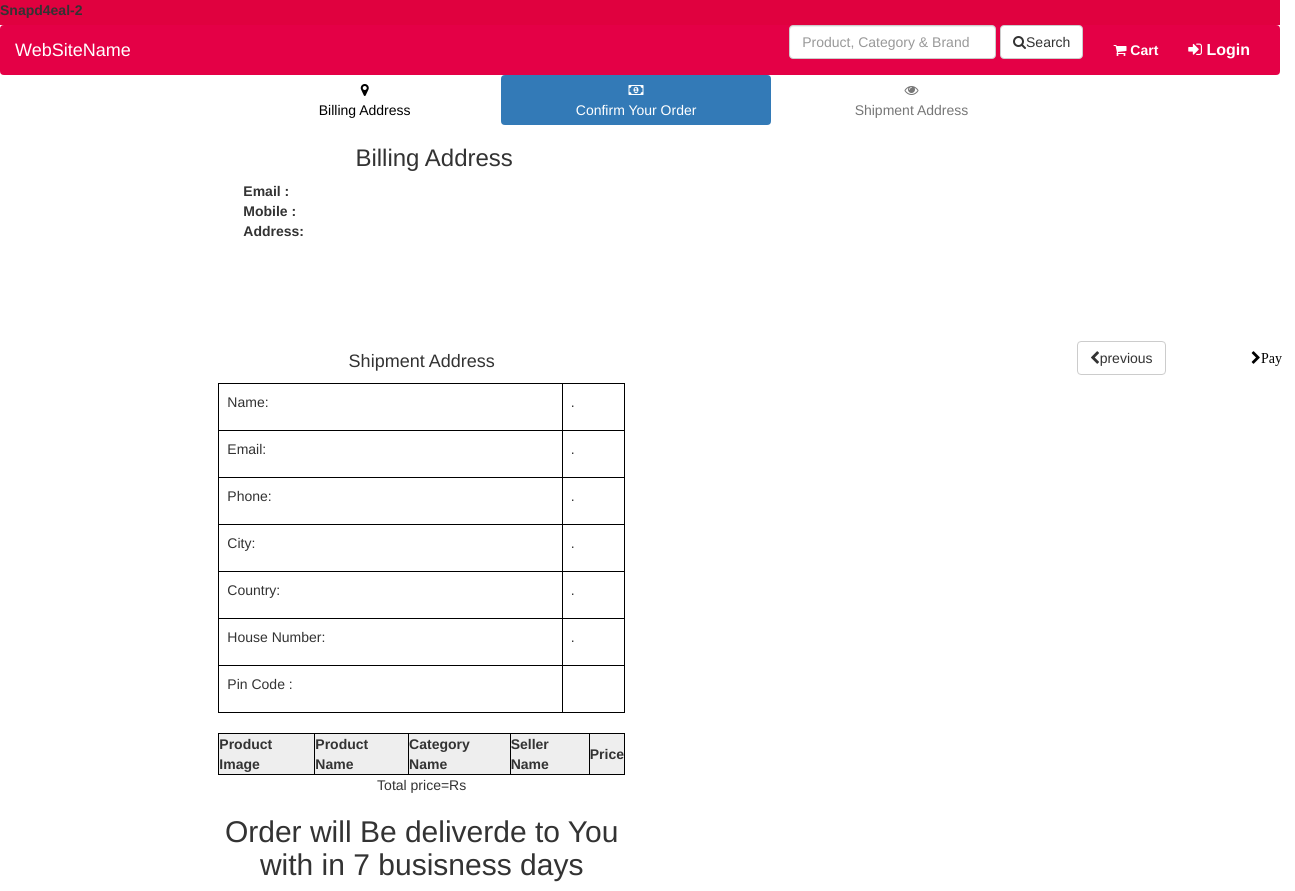
Repository: Aryans26/project
Page: http://localhost/frontend/WEB-INF/views/orderconfirm.jsp
These files come from the project's save history. The page is drawn as it stood at one moment and after the next save; the edit follows.
The browser window is 1280 px wide. The page is 1295 px wide, so the pictures cover 1295 px, including what lies to the right of the window. The pictures show the whole page.
Some web libraries are served in a nearby version. The page is served by Tomcat 9. Nobody is signed in. Other server files are loaded and not shown. The template is opened directly, without the code that normally fills it, so the values that code supplies are empty.

Above is the page before, as saved 2017-06-21 09:53:29.

### frontend/src/main/webapp/WEB-INF/views/orderconfirm.jsp
<%@ taglib prefix="c" uri="http://www.springframework.org/tags"%>
<%@ taglib prefix="form" uri="http://www.springframework.org/tags/form"%>
<!doctype html>
<html>
<head>
<c:url value="/resource" var="res" />

<!-- <link rel="stylesheet" ref="https://maxcdn.bootstrapcdn.com/bootstrap/3.3.7/css/bootstrap.min.css"> -->
<script
	src="https://ajax.googleapis.com/ajax/libs/jquery/3.2.1/jquery.min.js"></script>
<script
	src="https://maxcdn.bootstrapcdn.com/bootstrap/3.3.7/js/bootstrap.min.js"></script>
<link rel="stylesheet" href="${res}/css/bootstrap.min.css" />
<link rel="stylesheet" href="${res}/css/style.css" />
<link rel="stylesheet" href="${res}/css/font-awesome/css/font-awesome.min.css" />

</head>
<body>
	<%@include file="navbar.jsp"%>

<div class="Container">
<div class="row col-md-10 col-lg-8 col-lg-offset-2">
       <form method="post" action="shop-checkout4.html">
                                <ul class="nav nav-pills nav-justified">
                                    <li ><a href="<c:url value="/previous"/>"><i class="fa fa-map-marker"></i><br>Billing Address</a></li>
                                    <li class="active"><a href="<c:url value="/pay"/>"><i class="fa fa-money"></i><br>Confirm Your Order</a></li>
                                    <li class="disabled"><a href="<c:url value="/orderconfirmation"/>"><i class="fa fa-eye"></i><br>Shipment Address</a></li>
                                </ul>
</form>
</div>
<div class="col-md-10 col-lg-8 col-lg-offset-2 container">
<div class="col-md-6 col-sm-6">
		<h3 class="text-center">Billing Address</h3>
<!-- 		<div class="row"> -->
<!-- 		<div class="col-md-6 col-sm-6 b-r"><b>Name :</b></div> -->
<%-- 		<div class="col-md-6 col-sm-6">${billing.getU_name()} </div> --%>
<!-- 		</div> -->
		<div class="row">
		<div class="col-md-6 col-sm-6 b-r"><b>Email :</b></div>
		<div class="col-md-6 col-sm-6">${billing.getEmail()}</div>
		</div>
		<div class="row"><div class="col-md-6 col-sm-3 b-r"><b>Mobile :</b></div><div class="col-md-6 col-sm-6">${billing.getPhone()}</div></div>
		<div class="row"><div class="col-md-6 col-sm-6 b-r"><b>Address:</b></div><div class="col-md-6 col-sm-6">${billing.getHouse_no()}<br>
		${billing.getStreet_name()}<br>${billing.getCity()}<br>${billing.getState()}<br>${billing.getCountry()}<br>
		${billing.getPincode()}<br>
		</div></div>

		</div>


                                                 </div>
</div>



            <div class="row">
            <div class="span15">

                <div class="col-lg-8 col-lg-offset-2">
<center>
                <div class="row">
                    <div class="col-md-1"></div>
                    <div class="col-md-10 clearfix" id="checkout">

<!--                         <div class="box"> -->

<!--                                 <div class="container"> -->
<!--                                    <div class="row"> -->

<!--                                             <div class="box payment-method"> -->

                                           </table>
                                        </div>
                                        <div class="col-sm-6">
<!--                                             <div class="box payment-method"> -->
											<center>
                                                <h4>Shipment Address</h4>
                                               <table class="table" style="border: 1px solid black; border-collapse: collapse;">
                                               <tr style="border: 1px solid black; border-collapse: collapse;"><td style="border: 1px solid black; border-collapse: collapse;">Name:</td> <td style="border: 1px solid black; border-collapse: collapse;"><p>${shippingAddress.getShip_name()}  .</p></td></tr>
                                                <tr style="border: 1px solid black; border-collapse: collapse;"><td style="border: 1px solid black; border-collapse: collapse;"><p>Email:</td><td style="border: 1px solid black; border-collapse: collapse;">${shippingAddress.getShip_email()} .</p></td></tr>
                                               <tr style="border: 1px solid black; border-collapse: collapse;"><td style="border: 1px solid black; border-collapse: collapse;"> <p>Phone:</td><td style="border: 1px solid black; border-collapse: collapse;">${shippingAddress.getShip_mono()} .</p></td></tr>
                                                <tr style="border: 1px solid black; border-collapse: collapse;"><td style="border: 1px solid black; border-collapse: collapse;"><p>City:</td><td style="border: 1px solid black; border-collapse: collapse;">${shippingAddress.getShip_city()} .</p></td></tr>
                                               <tr style="border: 1px solid black; border-collapse: collapse;"><td style="border: 1px solid black; border-collapse: collapse;"> <p>Country:</td><td style="border: 1px solid black; border-collapse: collapse;">${shippingAddress.getShip_country()} .</p></td></tr>
                                               <tr style="border: 1px solid black; border-collapse: collapse;"><td style="border: 1px solid black; border-collapse: collapse;"> <p>House Number:</td><td style="border: 1px solid black; border-collapse: collapse;">${shippingAddress.getShip_houseno()} .</p></td></tr>
                                                <tr style="border: 1px solid black; border-collapse: collapse;"><td style="border: 1px solid black; border-collapse: collapse;"><p>Pin Code :</td><td style="border: 1px solid black; border-collapse: collapse;">${shippingAddress.getShip_pincode()}</p></td></tr>


                                            </div>
                                        </div>
</center>

                                        </div>
                                    </div>

                                    <!-- /.row -->
									<div class="content">
									<div class="row">
									<div class="col-lg-8 col-lg-offset-2">
									<table style="border: 1px solid black" >
    <thead style="border: 1px solid black">
      <tr style="background-color: #eee">
      <th style="border: 1px solid black">Product Image</th>
        <th style="border: 1px solid black">Product Name</th>
<!--         <th>Description</th> -->
        <th style="border: 1px solid black">Category Name</th>
        <th style="border: 1px solid black">Seller Name</th>
        <th style="border: 1px solid black">Price</th>
      </tr>
    </thead>
    <tbody>

    <c1:if test="${prot!=null}">
      <tr>
        <td style="border: 1px solid black"><img src="<c:url value='/resource/images/${prot.getP_id()}.jpg'/>" width=150px height=200px></td>
        <td style="border: 1px solid black">${prot.getP_Name()}</td>
<%--         <td>${product.getDes()}</td> --%>
        <td style="border: 1px solid black">${prot.getCategory().getCat_name()}</td>
        <td style="border: 1px solid black">${prot.getSeller().getName()}</td>
        <td style="border: 1px solid black">${prot.getPrice()}</td>
      </tr>
      </c1:if>
    <c1:if test="${prot==null}">
     <c1:forEach items="${cartItems}" var="c1">
      <tr>
        <td style="border: 1px solid black"><img src=""></td>
        <td style="border: 1px solid black">${c1.getProduct().getP_Name()}</td>
<%--         <td>${c1.getproduct.getDes()}</td> --%>
        <td style="border: 1px solid black">${c1.getProduct().getCategory().getCat_name()}</td>
        <td style="border: 1px solid black">${c1.getProduct().getSeller().getName()}</td>
        <td style="border: 1px solid black">${c1.getProduct().getPrice()}</td>
      </tr>
      </c1:forEach>
      </c1:if>


  </tbody>
 </table>
     <p calss="pull-left">Total price=Rs${prot.getPrice()}</p>
			<h2> Order will Be deliverde to You with in 7 busisness days</h2>
			</div>
									</div>
									</div>
                                <div class="box-footer">
                                         <div class="pull-left">
                                        <a href="<c:url value="/previous"/>" class="btn btn-default"><i class="fa fa-chevron-left"></i>previous</a>
                                        </div>
                                         <div class="pull-right">
                                        <a href="<c:url value="/pay"/>"  class="btn btn-template-main"><i class="fa fa-chevron-right">Pay</i></a>
                                        </button>
                                        </div>
                                     </div>
                                </div>
                                <!-- /.content -->



    </div>





</body>

</html>

### frontend/src/main/webapp/WEB-INF/views/navbar.jsp
<%@ taglib prefix="c" uri="http://www.springframework.org/tags"%>
<%@ taglib prefix="form" uri="http://www.springframework.org/tags/form"%>
<%@ taglib prefix="security" uri="http://www.springframework.org/security/tags" %>
<%@ taglib prefix="c1" uri="http://java.sun.com/jsp/jstl/core"%>
<!DOCTYPE html >
<html>
<head>
<meta http-equiv="Content-Type" content="text/html; charset=ISO-8859-1">
<title>Insert title here</title>
</head>
<body>
	<div class="headder">
		<b>Snapd4eal-2</b>
	</div>

	<nav class="navbar navbar-default" style="color: white;">
		<div class="container-fluid">
			<div class="navbar-header">
				<button type="button" class="navbar-toggle" data-toggle="collapse" data-target="#myNavbar">
					<span class="icon-bar"></span> <span class="icon-bar"></span>
					<span class="icon-bar"></span>
				</button>
				<a class="navbar-brand" href="<c:url value="/"/>"
					style="color: white;">WebSiteName</a>
				<form class="navbar-form navbar-right visible-sm visible-xs">
					<div class="form-group">
						<input type="text" class="form-control"
							placeholder="Product, Category & Brand">
					</div>
					<button type="submit" class="btn btn-default">
						<i class="fa fa-search"></i>Search
					</button>

				</form>
			</div>
			<div class="collapse navbar-collapse" id="myNavbar">
			<c1:if test="${pageContext.request.userPrincipal.name!=null}">
			<security:authorize access="hasRole('ROLE_ADMIN')">
				<ul class="nav navbar-nav">
					<li style="color: white;"><a
						href="<c:url value="/category"/>">Add Category</a></li>
					<li style="color: white;"><a
						href="<c:url value="/addproduct"/>">Add Product</a></li>
					<li style="color: white;"><a
						href="<c:url value="/supplier"/>">Add Supplier</a></li>
<!-- 					<li style="color: white;"><a -->
<%-- 						href="<c:url value="/addcard"/>">Add Card</a></li> --%>

				</ul>
				</security:authorize>
				</c1:if>
				<ul class="nav navbar-nav navbar-right">
					<li><a href="<c:url value="/viewcart"/>"><i class="fa fa-shopping-cart"></i>
							Cart</a></li>

					<li class="dropdown"><a href="#" class="dropbtn"><span
							class="fa fa-sign-in"></span>
							<c1:if test="${pageContext.request.userPrincipal.name==null}"> Login </c1:if>
							 <c1:if test="${pageContext.request.userPrincipal.name!=null}">  Logout</c1:if></a>

						<div class="dropdown-content">
							<a href="#">your account</a>
							<a href="#">your orders</a>
							<c1:if test="${pageContext.request.userPrincipal.name==null}">

							<a href="<c:url value="/users"/>" class="hvr-reg-bordertop" > new user ?<br>
							<b>register</b></a>
<%-- <a href="<c:url value="/login"/>"><button type="button" class="btn btn-danger" style="width: 90%; margin: 10px;">Login</button></a> --%>
							<button type="button" class="btn btn-danger" data-toggle="modal"
								data-target="#myModal" style="width: 90%; margin: 10px;">Login</button>
								</c1:if>

								<c1:if test="${pageContext.request.userPrincipal.name!=null}">
					<a href="<c:url value="/j_spring_security_logout"/>"><button type="button" class="btn btn-danger" >Logout</button></a>
								</c1:if>
						</div></li>

				</ul>
				<form class="navbar-form navbar-right hidden-sm hidden-xs">
					<div class="form-group">
						<input type="text" class="form-control"
							placeholder="Product, Category & Brand">
					</div>
					<button type="submit" class="btn btn-default">
						<i class="fa fa-search"></i>Search
					</button>

				</form>

			</div>
		</div>
	</nav>


	<!-- Modal -->
	<div class="modal fade" id="myModal" role="dialog">
		<div class="modal-dialog modal-lg">
			<div class="modal-content">
				<div class="modal-header">
					<button type="button" class="close" data-dismiss="modal">&times;</button>
					<h4 class="modal-title">Login</h4>
				</div>
				<div class="modal-body">
				<c1:url value="/j_spring_security_check" var="a"/>
					<form role="form" method="post" action="${a} ">
						<div class="form-group">
				<label for="email">Email address:</label>
				<input type="email" class="form-control" id="email" name="j_username" placeholder="Email Id">
						</div>
						<div class="form-group">
				<label for="pwd">Password:</label>
				 <input type="password" class="form-control" id="pwd" name="j_password" placeholder="Password">
						</div>
						<div class="checkbox">
							<label><input type="checkbox"> Remember me</label>
						</div>
						<a class="cursor" data-dismiss="modal" data-toggle="modal"
							data-target="#myModal1">new User ? <b>register</b></a>
						<button type="submit" class="btn btn-success">Submit</button>
					</form>
				</div>
				<div class="modal-footer">
					<button type="button" class="btn btn-default" data-dismiss="modal">Close</button>
				</div>
			</div>
		</div>
	</div>

</body>
</html>

### frontend/src/main/webapp/resource/css/style.css
@charset "utf-8";
/* CSS Document */
.headder {
	min-height: 25px;
	background-color: #E0013F;
}

.navbar-default, .navbar-default li {
	background-color: #e40046;
	color: white;
}

.navbar-default li a {
	color: #FFF;
	font-weight: bold;
}

.navbar-nav li:hover, .navbar-nav li:focus, .navbar-nav li:active {
	background-color: #333;
}

.navbar-nav dropdown:hover {
	background-color: #333;
}

.dropbtn {
	color: white;
	padding: 16px;
	font-size: 16px;
	border: none;
	cursor: pointer;
}

.
.dropdown:hover {
	background-color: #333;
	color: white;
	padding: 16px;
	font-size: 16px;
	border: none;
	cursor: pointer;
}

.dropdown {
	position: relative;
	display: inline-block;
}

.dropdown-content {
	display: none;
	position: absolute;
	background-color: #333;
	min-width: 160px;
	right: 5px;
	box-shadow: 0px 8px 16px 0px rgba(0, 0, 0, 0.2);
	z-index: 1;
}

.dropdown-content a {
	color: black;
	font-size: 14px !important;
	font-weight: normal !important;
	text-align: center;
	padding: 12px 16px;
	text-decoration: none;
	display: block;
}

.dropdown-content a:hover {
	background-color: #000;
}

.dropdown:hover .dropdown-content {
	display: block;
}

.dropdown:hover .dropbtn {
	background-color: #333;
}

.dropdown-content .hvr-reg-bordertop {
	border-top: 1px solid #999;
	padding-top: 20px;
	margin-bottom: 0;
	padding-bottom: 0;
}

.cursor {
	cursor: pointer;
}

.form-fill{
	max-width:500px;
	box-shadow:2px 2px 8px  grey;
	padding:30px 20px;
	margin:10px auto;
	border-radius:10px;
}

.form-list-table{
	border:2px solid grey;
	box-shadow:4px 4px 8px grey;
	border-radius:10px;
}
.head3{
	color:#e40046;
	font-weight:bold;
	text-align:center;
	text-shadow:2px 2px 4px grey;
}

.items-list-head > div{
	Color:red;
	text-align:center;
	font-weight:bolder;
	font-size:20px;
}
.items-list > div{
	border-top:1px solid grey;
	line-height:40px;
	text-align:center;
	font-weight:bold;
}

.box-shadow{
	border-radius:10px;
	box-shadow:2px 2px 8px grey;
}

.list-head{
	font-size:16px;
	font-weight:bold;
	text-shadow:1px 1px 1px grey;
}

.billing-add .b-r{
	text-align:right;
}

Loaded but not shown: frontend/src/main/webapp/resource/css/bootstrap.min.css (library); frontend/src/main/webapp/resource/css/font-awesome/css/font-awesome.min.css (library)

After the next save:
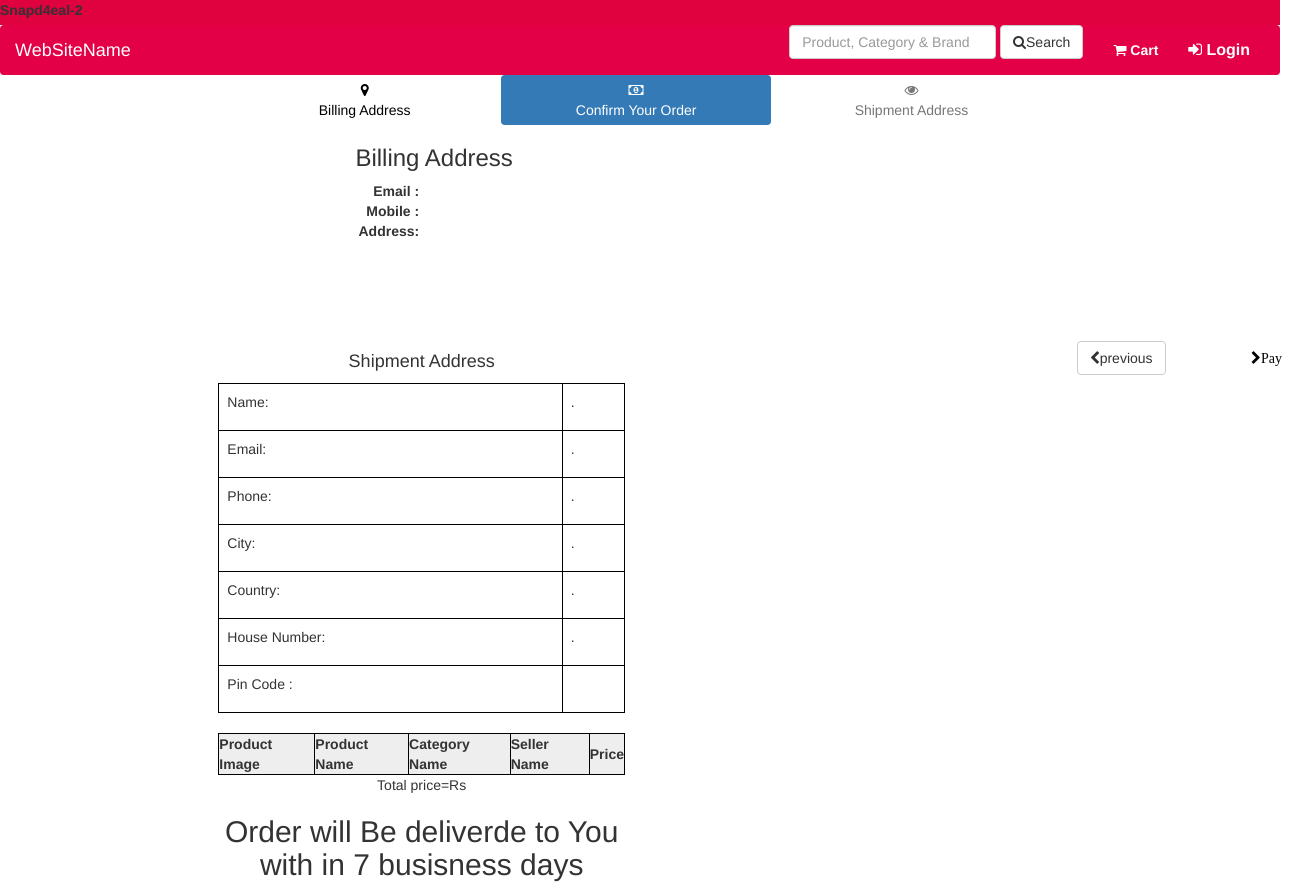
Saved 49 s later.
--- a/frontend/src/main/webapp/WEB-INF/views/orderconfirm.jsp
+++ b/frontend/src/main/webapp/WEB-INF/views/orderconfirm.jsp
@@ -29,7 +29,7 @@
 </form>
 </div>
 <div class="col-md-10 col-lg-8 col-lg-offset-2 container">
-<div class="col-md-6 col-sm-6">
+<div class="col-md-6 col-sm-6 billing-add">
 		<h3 class="text-center">Billing Address</h3>
 <!-- 		<div class="row"> -->
 <!-- 		<div class="col-md-6 col-sm-6 b-r"><b>Name :</b></div> -->
